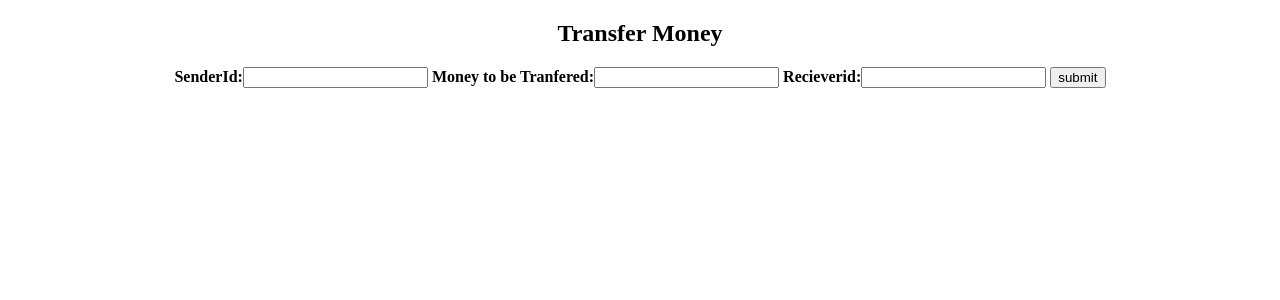
Repository: BarnalaManognaram/sparxintern
Page: sparx_internship/sparx/src/main/webapp/transfer.html
The author's editor kept a copy of each file at every save. The page is drawn from the files as they stood at one save, then again after the next save.
The browser window is 1280 px wide. The pictures show the whole page.

Above is the page before, as saved 2021-09-16 16:44:18.

After the next save:
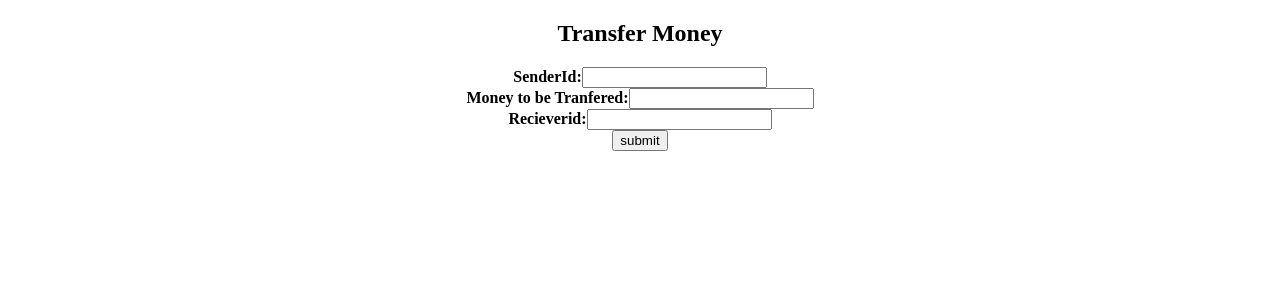
Saved 28 s later.
--- a/sparx_internship/sparx/src/main/webapp/transfer.html
+++ b/sparx_internship/sparx/src/main/webapp/transfer.html
@@ -7,10 +7,10 @@
 <body>
   <center>
    <h2>Transfer Money</h2>
-    <b>SenderId:</b><input type="text" name="sid" />
-    <b>Money to be Tranfered:</b><input type="text" name="tm"/>
-    <b>Recieverid:</b><input type="text" name="rid"/>
-    <input type="button" value="submit"/>
+    <b>SenderId:</b><input type="text" name="sid" /><br>
+    <b>Money to be Tranfered:</b><input type="text" name="tm"/><br>
+    <b>Recieverid:</b><input type="text" name="rid"/><br>
+    <input type="button" value="submit"/><br>
   </center>
 </body>
 </html>
